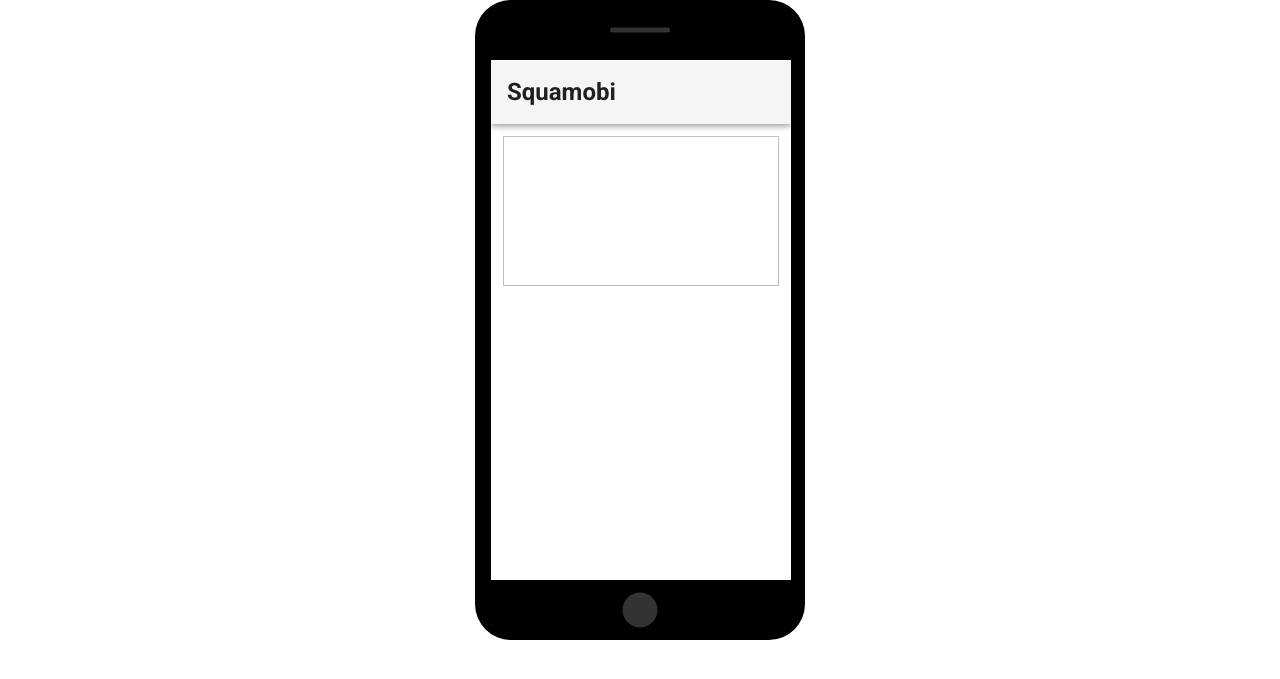
Repository: Keepnox/squamobi-interview
Page: /8178fd7b-9544-4c42-a0b8-7daf705d621c
The author's editor kept a copy of each file at every save. The page is drawn from the files as they stood at one save, then again after the next save.
The browser window is 1280 px wide. The pictures show the whole page.
The project was rebuilt for these pictures with package versions that can differ from the ones it lists, and the page was loaded fresh each time. Also part of the build but not shown: vue.config.js, src/components/TodoItem.vue.

Above is the page before, as saved 2022-01-17 01:25:43.

After the next save:
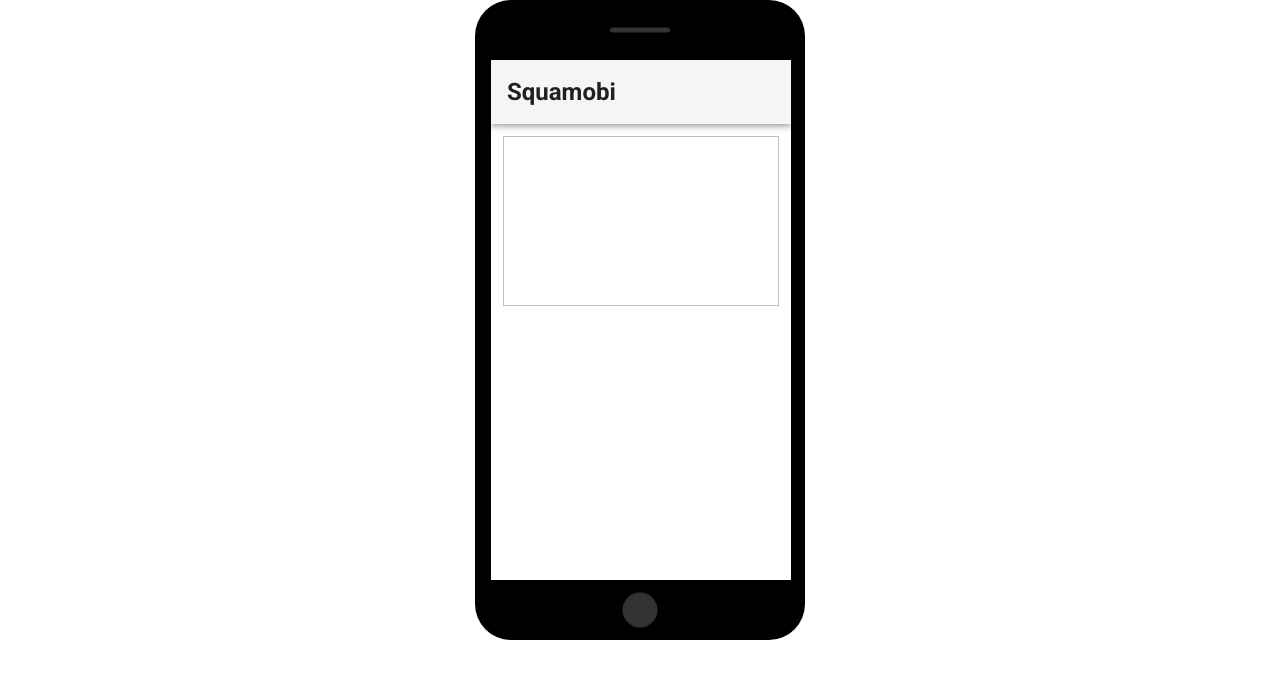
Saved 9 s later.
--- a/src/views/Items.vue
+++ b/src/views/Items.vue
@@ -24,6 +24,7 @@ export default {
 <style scoped>
 #itemPage img {
   width: 100%;
-  height: 150px;
+  height: 170px;
+  object-fit: cover;
 }
 </style>
